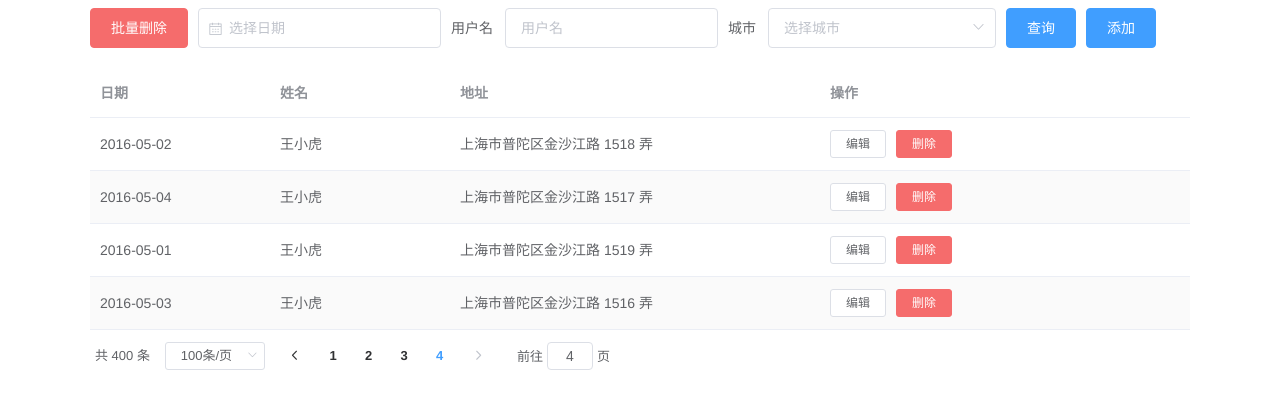
Repository: chang-meng-yun/vue_project
Page: /
An editor plug-in stored every save of this project. The page is shown before and after the next save, followed by the edit.
The browser window is 1280 px wide. The pictures show the whole page.
The project was rebuilt for these pictures with package versions that can differ from the ones it lists, and the page was loaded fresh each time. Also part of the build but not shown: vue.config.js, src/VBindStudy.vue, src/HomeWork.vue, src/views/reHome.vue, src/prents.vue, src/child.vue, src/views/son.vue, src/components/HelloWorld.vue and 1 more.

Above is the page before, as saved 2024-06-27 16:47:09.

### public/index.html
<!DOCTYPE html>
<html lang="">
  <head>
    <meta charset="utf-8">
    <meta http-equiv="X-UA-Compatible" content="IE=edge">
    <meta name="viewport" content="width=device-width,initial-scale=1.0">
    <link rel="icon" href="<%= BASE_URL %>favicon.ico">
    <!-- <title><%= htmlWebpackPlugin.options.title %></title> -->
     <title>我是首页</title>
  </head>
  <body>
    <noscript>
      <strong>We're sorry but <%= htmlWebpackPlugin.options.title %> doesn't work properly without JavaScript enabled. Please enable it to continue.</strong>
    </noscript>
    <!-- 显示内容的地方 -->
    <div id="app"></div>
    <!-- built files will be auto injected -->
  </body>
</html>

### src/main.js
import Vue from 'vue'
import App from './App.vue'
import ElementUI from 'element-ui';
import 'element-ui/lib/theme-chalk/index.css';
import router from './router'

Vue.use(ElementUI);

Vue.config.productionTip = false
new Vue({
  router,
  render: h => h(App)
}).$mount('#app')

### src/App.vue
<template>
  <div id="app">
    <!-- <Hello></Hello> -->
    <!-- <VBindStudy></VBindStudy> -->
    <!-- <HomeWork></HomeWork> -->
    <!-- <reHome></reHome> -->
    <!-- <Model></Model> -->
    <FromFrame></FromFrame>
     <!-- <prents></prents> -->
     <!-- <div>来自父组件得值{{son_title}}</div>
      <son @son_to_parent="getValues"></son> -->

      <!-- <child myTitle="信息展示" :mysrc="img_path" > -->
        <!-- <child myTitle="学生信息展示" myTitle2="老师信息展示" myTitle3="员工信息展示"  :tableData1="tableData1" :tableData2="tableData2" :tableData3="tableData3"></child> -->


    </div>
</template>
<script>
  // 导入组件
  import Hello from '@/Hello.vue'
  import VBindStudy from '@/VBindStudy'
  import HomeWork from '@/HomeWork'
  import reHome from './views/reHome.vue'
  import FromFrame from '@/FromFrame.vue'
  import prents from '@/prents.vue'
  import child from '@/child.vue'
   import son from './views/son.vue'
  // import Model from './views/Model.vue'
  export default {
    components: {
      Hello,
      VBindStudy,
      HomeWork,
      FromFrame,
      prents,
      child,
      son
      // Model
    },
    data() {
      return {
        tableData1: [{
            id: '1',
            name: '王小虎',
            age: '19'
          }, {
            id: '2',
            name: '王美美',
            age: '20'
          }, {
            id: '3',
            name: '韩梅梅',
            age: '21'
          }, {
            id: '4',
            name: '张三',
            age: '22'
          }],
          tableData2: [{
            id: '1',
            name: '王老师',
            age: '39'
          }, {
            id: '2',
            name: '李老师',
            age: '32'
          }, {
            id: '3',
            name: '张老师',
            age: '31'
          }, {
            id: '4',
            name: '赵老师',
            age: '32'
          }],
          tableData3: [{
            id: '1',
            name: '王小虎',
            age: '19'
          }, {
            id: '2',
            name: '李四',
            age: '20'
          }, {
            id: '3',
            name: '王五',
            age: '21'
          }, {
            id: '4',
            name: '赵六',
            age: '22'
          }],
        // mark: true,
        // name: "张三",
        // mywidth: "350px",
        // myImage: require("./assets/花.jpg"),
        // img_path: require("@/assets/花.jpg"),
        // son_title:""
      }
    },
    methods: {
      controller_div() {
        this.mark = !this.mark
        console.log(this.mark)
      },
      changeSize() {
        this.mywidth = "500px"
      },
      changeImage() {
        console.log("pakaqiu")
        this.myImage = require("./assets/小樱花.webp")
      },
      getValues(n){
        this.son_title=n
      }
    }
  }
</script>
<style>
  .box {
    width: 200px;
    height: 200px;
    background-color: red;
  }

  #app {
    font-family: Avenir, Helvetica, Arial, sans-serif;
    -webkit-font-smoothing: antialiased;
    -moz-osx-font-smoothing: grayscale;
    text-align: center;
    color: #2c3e50;
  }

  nav {
    padding: 30px;
  }

  nav a {
    font-weight: bold;
    color: #2c3e50;
  }

  nav a.router-link-exact-active {
    color: #42b983;
  }
</style>

### src/Hello.vue
<template>
  <div>
        <!-- <nav>
      <router-link to="/">Home</router-link> |
      <router-link to="/about">About</router-link>
    </nav> -->
    <!-- <el-row>
      <el-button>默认按钮</el-button>
      <el-button type="primary">主要按钮</el-button>
      <el-button type="success">成功按钮</el-button>
      <el-button type="info">信息按钮</el-button>
      <el-button type="warning">警告按钮</el-button>
      <el-button type="danger">危险按钮</el-button>
    </el-row> -->

    <!-- <input  type="text" v-model="username"> -->
     <!-- <div  v-if="mark" class="box">
      div1-if标签
     </div> -->
     <!-- <el-button type="primary" v-on:click="controller_div()">控制div</el-button> -->
     <!-- <div  v-show ="mark" class="box"> -->
      <!-- div2-show标签 -->
     <!-- </div> -->
    <!-- <div>
      {{username}}
    </div> -->
    <!-- <router-view/> -->
     <!-- <hr> -->

     <el-row>
        <el-col :span="12">
          <div class="grid-content bg-purple">
         <img src="./assets/小雏菊.webp" v-bind:width="mywidth" />
         <br>
         <el-button type="primary" @click="changeSize()">改变大小</el-button>
        </div>
      </el-col>

        <el-col :span="12">
          <div class="grid-content bg-purple-light">
            <img v-bind:src="myImage" width="350px" />
            <br>
            <el-button type="primary" @click="changeImage()">改变图片</el-button>
        </div>
      </el-col>
      </el-row>

  </div>
</template>
<script>
     export default{
    // components:{
    //     Hello,
    //     VBindStudy
    // },
    data(){
      return{
        mark:true,
        name:"张三",
        mywidth:"350px",
        myImage:require("./assets/花.jpg")
      }
    },
    methods:{
     controller_div(){
        this.mark=!this.mark
        console.log(this.mark)
      },
      changeSize(){
        this.mywidth="500px"
      },
      changeImage(){
        console.log("pakaqiu")
        this.myImage=require("./assets/小樱花.webp")
      }
     },
     components:{

     }
    }
  </script>
  <style>
  .box{
      width: 200px;
      height: 200px;
      background-color: red;
  }
  #app {
    font-family: Avenir, Helvetica, Arial, sans-serif;
    -webkit-font-smoothing: antialiased;
    -moz-osx-font-smoothing: grayscale;
    text-align: center;
    color: #2c3e50;
  }

  nav {
    padding: 30px;
  }

  nav a {
    font-weight: bold;
    color: #2c3e50;
  }

  /* nav a.router-link-exact-active {
    color: #42b983;
  } */
  </style>

### src/FromFrame.vue
<template>
    <div style="width: 1100px;margin: 0 auto;">
        <!-- 功能区域 -->
        <div style="float: left;">
            <el-form :inline="true" :model="formInline" class="demo-form-inline">
                <el-form-item>
                    <el-button type="danger" @click="deleteAll">批量删除</el-button>
                </el-form-item>
                <el-form-item prop="date">
                    <el-date-picker type="date" placeholder="选择日期" v-model="formInline.date1"
                        style="width: 100%;"></el-date-picker>
                </el-form-item>
                <el-form-item label="用户名">
                    <el-input v-model="formInline.user" placeholder="用户名"></el-input>
                </el-form-item>
                <el-form-item label="城市">
                    <el-select v-model="formInline.region" placeholder="选择城市">
                        <el-option label="上海" value="shanghai"></el-option>
                        <el-option label="北京" value="beijing"></el-option>
                    </el-select>
                </el-form-item>
                <el-form-item>
                    <el-button type="primary" @click="onSubmit">查询</el-button>
                </el-form-item>
                <el-form-item>
                    <el-button type="primary" @click="addUser = false">添加</el-button>
                </el-form-item>
            </el-form>
        </div>


        <!-- 数据显示区 -->
        <div>
            <el-table :data="tableData" stripe style="width: 100%">
                <el-table-column prop="date" label="日期" width="180"></el-table-column>
                <el-table-column prop="name" label="姓名" width="180"></el-table-column>
                <el-table-column prop="address" label="地址">
                </el-table-column>
                <el-table-column label="操作">
                    <template slot-scope="scope">
                        <el-button size="mini" @click="handleEdit(scope.$index, scope.row)">编辑</el-button>
                        <el-button size="mini" type="danger"
                            @click="handleDelete(scope.$index, scope.row)">删除</el-button>
                    </template>
                </el-table-column>
            </el-table>
        </div>
        <!-- 完整功能--页码 -->
        <div class="block" style="margin-top: 10px;float: left;">
            <span class="demonstration"></span>
            <el-pagination @size-change="handleSizeChange" @current-change="handleCurrentChange"
                :current-page="currentPage4" :page-sizes="[100, 200, 300, 400]" :page-size="100"
                layout="total, sizes, prev, pager, next, jumper" :total="400">
            </el-pagination>
        </div>
        <!-- 保存的面板 对话框 -->
        <el-dialog title="收货地址" :visible.sync="dialogFormVisible">
            <el-form :model="form">
                <el-form-item label="活动名称" :label-width="formLabelWidth">
                    <el-input v-model="form.name" autocomplete="off"></el-input>
                </el-form-item>
                <el-form-item label="活动区域" :label-width="formLabelWidth">
                    <el-select v-model="form.region" placeholder="请选择活动区域">
                        <el-option label="区域一" value="shanghai"></el-option>
                        <el-option label="区域二" value="beijing"></el-option>
                    </el-select>
                </el-form-item>
            </el-form>
            <div slot="footer" class="dialog-footer">
                <el-button @click="dialogFormVisible = false">取 消</el-button>
                <el-button type="primary" @click="dialogFormVisible = false">确 定</el-button>
            </div>
        </el-dialog>
    </div>
</template>
<script>
    export default {
        data() {
            return {
                // 保存需要的面板
                subObj: {
                    formLabelWidth: '150px',
                    addUser: false,
                    name: "",
                    city: ""
                },
                // 表格
                tableData: [{
                    date: '2016-05-02',
                    name: '王小虎',
                    address: '上海市普陀区金沙江路 1518 弄'
                }, {
                    date: '2016-05-04',
                    name: '王小虎',
                    address: '上海市普陀区金沙江路 1517 弄'
                }, {
                    date: '2016-05-01',
                    name: '王小虎',
                    address: '上海市普陀区金沙江路 1519 弄'
                }, {
                    date: '2016-05-03',
                    name: '王小虎',
                    address: '上海市普陀区金沙江路 1516 弄'
                }],
                formInline: {
                    user: '',
                    region: '',
                    date: '',
                },
                currentPage1: 5,
                currentPage2: 5,
                currentPage3: 5,
                currentPage4: 4,
                dialogTableVisible: false,
                dialogFormVisible: false,
                form: {
                    name: '',
                    region: '',
                    date1: '',
                    date2: '',
                    delivery: false,
                    type: [],
                    resource: '',
                    desc: ''
                },
                formLabelWidth: '120px'
            }
        },
        methods: {
            handleEdit(index, row) {
                // 修改一条数据
                console.log(index, row);
            },
            handleDelete(index, row) {
                // 删除一条数据
                console.log(index, row);
            },
            onSubmit() {
                // 查询
                console.log('submit!');
            },
            handleSizeChange(val) {
                // 显示每页多少条数据
                console.log(`每页 ${val} 条`);
            },
            handleCurrentChange(val) {
                // 显示当前几页
                console.log(`当前页: ${val}`);
            },
            deleteAll() {
                // 批量删除
                console.log("deleteAll====")
            },
            addUser() {
                // 添加
                console.log("addUser====")
            }
        },
        components: {

        }
    }
</script>
<style>

</style>

Loaded but not shown: src/router/index.js (common file)

After the next save:
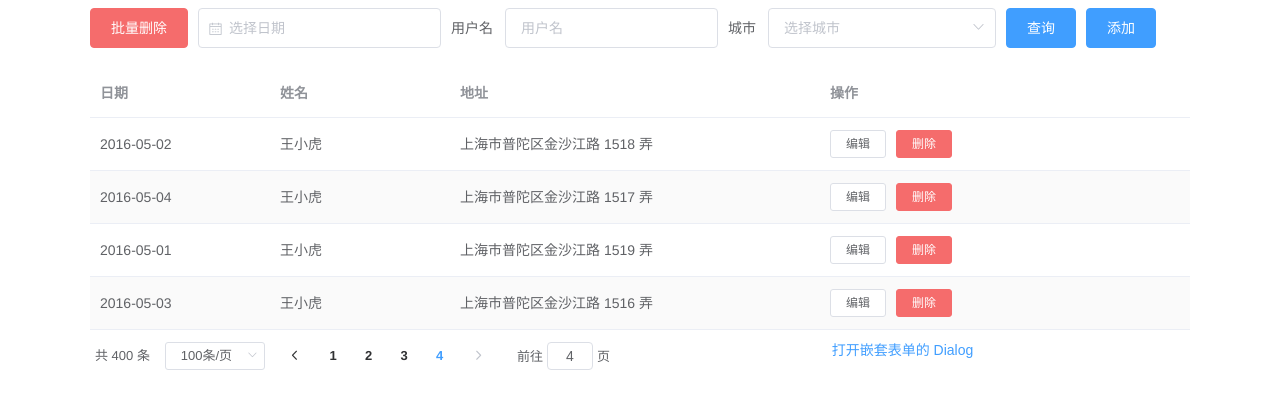
Saved 25 s later.
--- a/src/FromFrame.vue
+++ b/src/FromFrame.vue
@@ -54,6 +54,8 @@
             </el-pagination>
         </div>
         <!-- 保存的面板 对话框 -->
+
+        <el-button type="text" @click="dialogFormVisible = true">打开嵌套表单的 Dialog</el-button>
         <el-dialog title="收货地址" :visible.sync="dialogFormVisible">
             <el-form :model="form">
                 <el-form-item label="活动名称" :label-width="formLabelWidth">

After the 2 saves that followed:
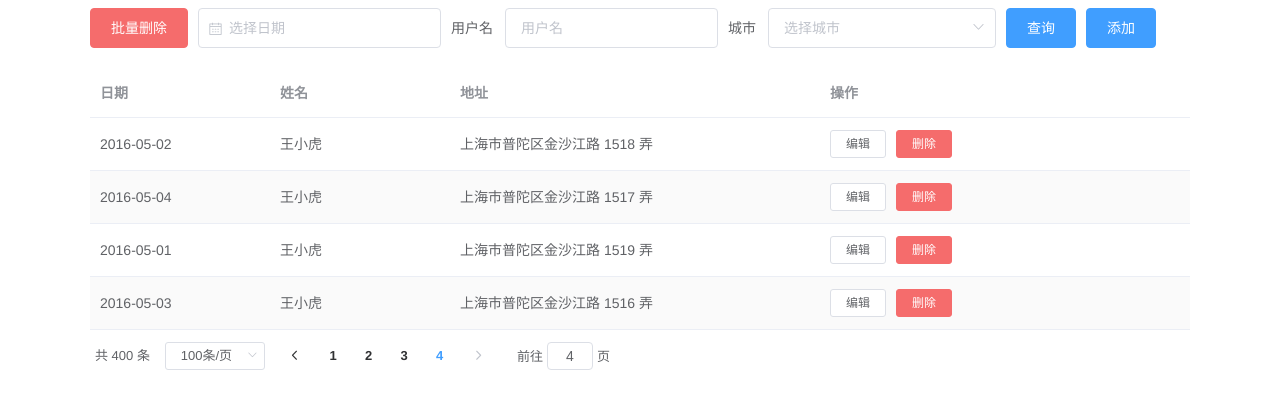
The 2 saves are shown as one change because 1 did not build or start.
The last was saved 53 s later.
--- a/src/FromFrame.vue
+++ b/src/FromFrame.vue
@@ -23,7 +23,7 @@
                     <el-button type="primary" @click="onSubmit">查询</el-button>
                 </el-form-item>
                 <el-form-item>
-                    <el-button type="primary" @click="addUser = false">添加</el-button>
+                    <el-button type="primary"  @click="dialogFormVisible = true">添加</el-button>
                 </el-form-item>
             </el-form>
         </div>
@@ -55,7 +55,7 @@
         </div>
         <!-- 保存的面板 对话框 -->
 
-        <el-button type="text" @click="dialogFormVisible = true">打开嵌套表单的 Dialog</el-button>
+        <!-- <el-button type="text" @click="dialogFormVisible = true">打开嵌套表单的 Dialog</el-button> -->
         <el-dialog title="收货地址" :visible.sync="dialogFormVisible">
             <el-form :model="form">
                 <el-form-item label="活动名称" :label-width="formLabelWidth">
